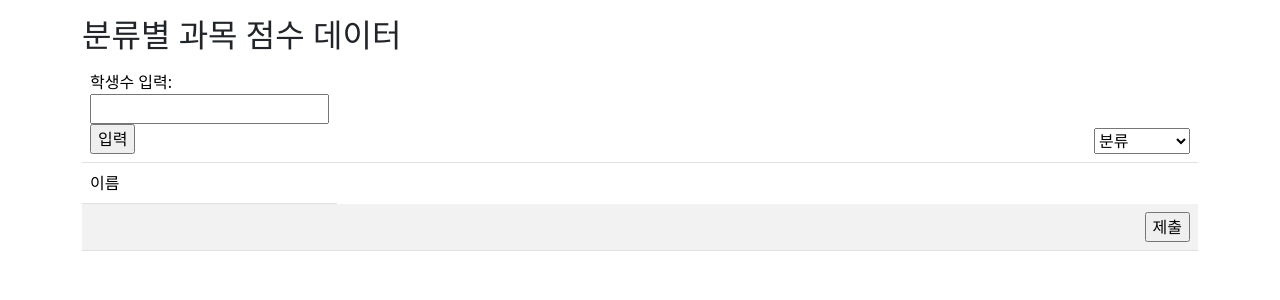
Repository: pshho/newJspProject
Page: http://localhost/JspProj/hwProject/categories
The author's editor kept a copy of each file at every save. The page is drawn from the files as they stood at one save, then again after the next save.
The browser window is 1280 px wide. The pictures show the whole page.
The page is served by Tomcat 9.

Above is the page before, as saved 2023-08-01 06:24:23.

After the next save:
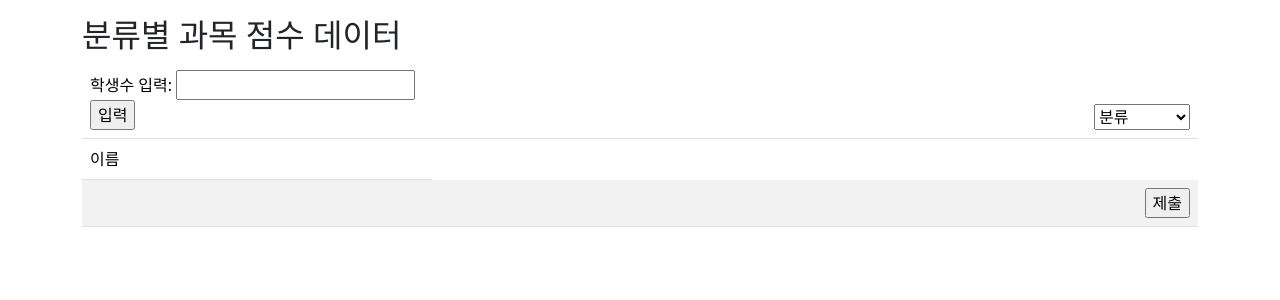
Saved 21 s later.
--- a/JspProj/src/main/webapp/hwProject/categories.jsp
+++ b/JspProj/src/main/webapp/hwProject/categories.jsp
@@ -37,7 +37,7 @@ crossorigin="anonymous"></script>
 				<thead>
 					<tr>
 						<!-- 학생 수 입력 받는 열 -->
-						<td style="width: 250px;">
+						<td style="width: 350px;">
 							<label for="namesCount">학생수 입력: </label>
 							<input type="number" name="namesCount" value="${ nameCount }">
 							<input type="submit" value="입력" onclick="categoriesChange()">
